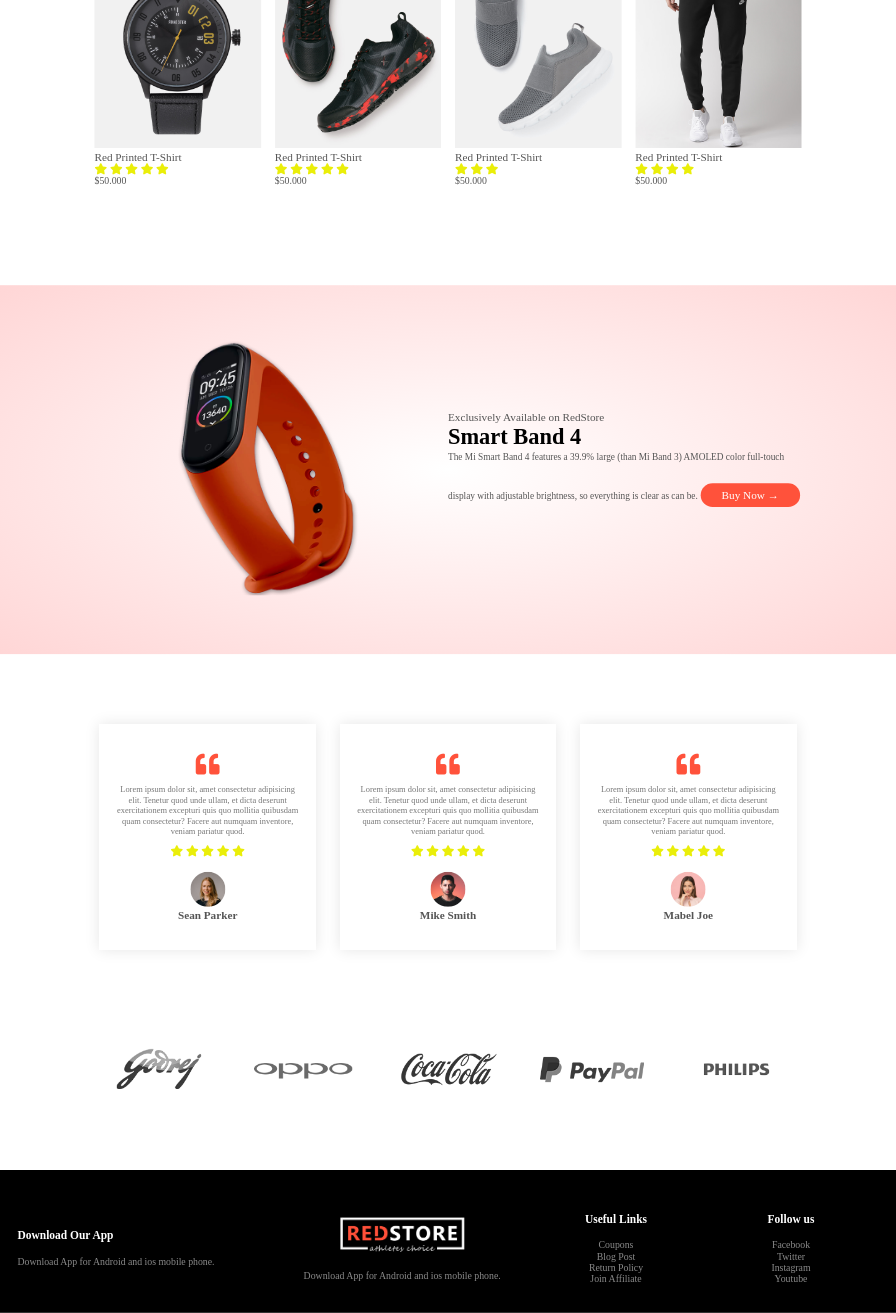
Repository: tuan21052000/Frontend
Page: index.html
These files come from the project's save history. The page is drawn as it stood at one moment and after a run of saves; the edit follows.
The browser window is 1280 px wide. The pictures show the part of the page from y = 2579 to 4499 px (the page is 4454 px tall before and 4499 px after), at 70% of full size.

Above is the page before, as saved 2022-05-09 21:44:00.

### index.html
<!DOCTYPE html>
<html lang="en">
<head>
    <meta charset="UTF-8">
    <meta http-equiv="X-UA-Compatible" content="IE=edge">
    <meta name="viewport" content="width=device-width, initial-scale=1.0">
    <title>RedStore | Ecommerce Website Design</title>
    <link rel="stylesheet" href="style.css">
    <link href="https://fonts.googleapis.com/css2?family=Poppins:wght@300;400;500;600;700&display=swap" rel="stylesheet">
    <link rel="stylesheet" href="https://use.fontawesome.com/releases/v5.15.4/css/all.css" />
</head>
<body>
    <div class="header">


    <div class="container">
        <div class="navbar">
            <div class="logo">
                <img src="images/logo.png" width="125px">
            </div>
            <nav>
                <ul>
                    <li><a href="">Home</a></li>
                    <li><a href="">Products</a></li>
                    <li><a href="">About</a></li>
                    <li><a href="">Contact</a></li>
                    <li><a href="">Account</a></li>
                </ul>
            </nav>
            <img src="images/cart.png" width="30px" height="30px">
        </div>
        <div class="row">
            <div class="col-2">
                <h1>Give Your Workout <br>A New Style!</h1>
                <p>Success isn't always about greatness.It's about
                consistency. Consistent<br> hard work gains success. Greatness
                will come.
                </p>
                <a href="" class="btn">Explore Now &#8594;</a>
            </div>
            <div class="col-2">
              <img src="images/image1.png">
            </div>
        </div>
    </div>
</div>
<!-- -----Loại sản phẩm------- -->
   <div class="categories">
       <div class="small-container">
        <div class="row">
            <div class="col-3">
                <img src="images/category-1.jpg">
            </div>
            <div class="col-3">
             <img src="images/category-2.jpg">
         </div>
         <div class="col-3">
             <img src="images/category-3.jpg">
         </div>
        </div>
       </div>
   </div>
<!--    -------aaaa------------ -->
<div class="small-container">
    <h2 class="title">Featured Products</h2>
    <div class="row">
    <div class="col-4">
        <img src="images/product-1.jpg">
        <h4>Red Printed T-Shirt</h4>
        <div class="rating">
            <i class="fa fa-star"></i>
            <i class="fa fa-star"></i>
            <i class="fa fa-star"></i>
            <i class="fa fa-star"></i>
            <i class="fa fa-star"></i>
        </div>
        <p>$50.000</p>
    </div>
    <div class="col-4">
        <img src="images/product-2.jpg">
        <h4>Red Printed T-Shirt</h4>
        <div class="rating">
            <i class="fa fa-star"></i>
            <i class="fa fa-star"></i>
            <i class="fa fa-star"></i>
            <i class="fa fa-star"></i>
            <i class="fa fa-star"></i>
        </div>
        <p>$50.000</p>
    </div>
    <div class="col-4">
        <img src="images/product-3.jpg">
        <h4>Red Printed T-Shirt</h4>
        <div class="rating">
            <i class="fa fa-star"></i>
            <i class="fa fa-star"></i>
            <i class="fa fa-star"></i>
            <i class="fa fa-star-half-o"></i>
            <i class="fa fa-star-o"></i>
        </div>
        <p>$50.000</p>
    </div>
    <div class="col-4">
        <img src="images/product-4.jpg">
        <h4>Red Printed T-Shirt</h4>
        <div class="rating">
            <i class="fa fa-star"></i>
            <i class="fa fa-star"></i>
            <i class="fa fa-star"></i>
            <i class="fa fa-star"></i>
            <i class="fa fa-star-o"></i>
        </div>
        <p>$50.000</p>
    </div>
    </div>
    <h2 class="title">Latest Products</h2>
    <div class="row">
        <div class="col-4">
            <img src="images/product-5.jpg">
            <h4>Red Printed T-Shirt</h4>
            <div class="rating">
                <i class="fa fa-star"></i>
                <i class="fa fa-star"></i>
                <i class="fa fa-star"></i>
                <i class="fa fa-star"></i>
                <i class="fa fa-star"></i>
            </div>
            <p>$50.000</p>
        </div>
        <div class="col-4">
            <img src="images/product-6.jpg">
            <h4>Red Printed T-Shirt</h4>
            <div class="rating">
                <i class="fa fa-star"></i>
                <i class="fa fa-star"></i>
                <i class="fa fa-star"></i>
                <i class="fa fa-star"></i>
                <i class="fa fa-star"></i>
            </div>
            <p>$50.000</p>
        </div>
        <div class="col-4">
            <img src="images/product-7.jpg">
            <h4>Red Printed T-Shirt</h4>
            <div class="rating">
                <i class="fa fa-star"></i>
                <i class="fa fa-star"></i>
                <i class="fa fa-star"></i>
                <i class="fa fa-star-half-o"></i>
                <i class="fa fa-star-o"></i>
            </div>
            <p>$50.000</p>
        </div>
        <div class="col-4">
            <img src="images/product-8.jpg">
            <h4>Red Printed T-Shirt</h4>
            <div class="rating">
                <i class="fa fa-star"></i>
                <i class="fa fa-star"></i>
                <i class="fa fa-star"></i>
                <i class="fa fa-star"></i>
                <i class="fa fa-star-o"></i>
            </div>
            <p>$50.000</p>
        </div>
        </div>
        <div class="row">
            <div class="col-4">
                <img src="images/product-9.jpg">
                <h4>Red Printed T-Shirt</h4>
                <div class="rating">
                    <i class="fa fa-star"></i>
                    <i class="fa fa-star"></i>
                    <i class="fa fa-star"></i>
                    <i class="fa fa-star"></i>
                    <i class="fa fa-star"></i>
                </div>
                <p>$50.000</p>
            </div>
            <div class="col-4">
                <img src="images/product-10.jpg">
                <h4>Red Printed T-Shirt</h4>
                <div class="rating">
                    <i class="fa fa-star"></i>
                    <i class="fa fa-star"></i>
                    <i class="fa fa-star"></i>
                    <i class="fa fa-star"></i>
                    <i class="fa fa-star"></i>
                </div>
                <p>$50.000</p>
            </div>
            <div class="col-4">
                <img src="images/product-11.jpg">
                <h4>Red Printed T-Shirt</h4>
                <div class="rating">
                    <i class="fa fa-star"></i>
                    <i class="fa fa-star"></i>
                    <i class="fa fa-star"></i>
                    <i class="fa fa-star-half-o"></i>
                    <i class="fa fa-star-o"></i>
                </div>
                <p>$50.000</p>
            </div>
            <div class="col-4">
                <img src="images/product-12.jpg">
                <h4>Red Printed T-Shirt</h4>
                <div class="rating">
                    <i class="fa fa-star"></i>
                    <i class="fa fa-star"></i>
                    <i class="fa fa-star"></i>
                    <i class="fa fa-star"></i>
                    <i class="fa fa-star-o"></i>
                </div>
                <p>$50.000</p>
            </div>
        </div>
</div>
<!-- ----------offer------------- -->
<div class="offer">
    <div class="small-container">
        <div class="row">
            <div class="col-2">
                <img src="images/exclusive.png" class="offer-img">
            </div>
            <div class="col-2">
               <p>Exclusively Available on RedStore</p>
               <h1>Smart Band 4</h1>
               <small>The Mi Smart Band 4 features a 39.9% large
                   (than Mi Band 3) AMOLED color full-touch display with
                   adjustable brightness, so everything is clear as can
                   be.</small>
               <a href="" class="btn">Buy Now &#8594;</a>
            </div>
        </div>
    </div>
</div>
<!-- -----testi---- -->
       <div class="testimonial">
           <div class="small-container">
               <div class="row">
                   <div class="col-3">
                       <i class="fa fa-quote-left"></i>
                       <p>Lorem ipsum dolor sit, amet consectetur adipisicing elit.
                            Tenetur quod unde ullam, et dicta deserunt exercitationem
                            excepturi quis quo mollitia quibusdam quam consectetur? Facere aut numquam inventore, veniam pariatur quod.</p>
                            <div class="rating">
                                <i class="fa fa-star"></i>
                                <i class="fa fa-star"></i>
                                <i class="fa fa-star"></i>
                                <i class="fa fa-star"></i>
                                <i class="fa fa-star"></i>
                            </div>
                            <img src="images/user-1.png">
                            <h3>Sean Parker</h3>
                   </div>
                   <div class="col-3">
                    <i class="fa fa-quote-left"></i>
                    <p>Lorem ipsum dolor sit, amet consectetur adipisicing elit.
                         Tenetur quod unde ullam, et dicta deserunt exercitationem
                         excepturi quis quo mollitia quibusdam quam consectetur? Facere aut numquam inventore, veniam pariatur quod.</p>
                         <div class="rating">
                             <i class="fa fa-star"></i>
                             <i class="fa fa-star"></i>
                             <i class="fa fa-star"></i>
                             <i class="fa fa-star"></i>
                             <i class="fa fa-star"></i>
                         </div>
                         <img src="images/user-2.png">
                         <h3>Mike Smith</h3>
                </div>
                <div class="col-3">
                    <i class="fa fa-quote-left"></i>
                    <p>Lorem ipsum dolor sit, amet consectetur adipisicing elit.
                         Tenetur quod unde ullam, et dicta deserunt exercitationem
                         excepturi quis quo mollitia quibusdam quam consectetur? Facere aut numquam inventore, veniam pariatur quod.</p>
                         <div class="rating">
                             <i class="fa fa-star"></i>
                             <i class="fa fa-star"></i>
                             <i class="fa fa-star"></i>
                             <i class="fa fa-star"></i>
                             <i class="fa fa-star"></i>
                         </div>
                         <img src="images/user-3.png">
                         <h3>Mabel Joe</h3>
                </div>
               </div>
           </div>
       </div>
<!-- ---------------brands-------------- -->
    <div class="brands">
        <div class="small-container">
            <div class="row">
                <div class="col-5">
                    <img src="images/logo-godrej.png">
                </div>
                <div class="col-5">
                    <img src="images/logo-oppo.png">
                </div>
                <div class="col-5">
                    <img src="images/logo-coca-cola.png">
                </div>
                <div class="col-5">
                    <img src="images/logo-paypal.png">
                </div>
                <div class="col-5">
                    <img src="images/logo-philips.png">
                </div>
            </div>
        </div>
    </div>
<!--------------footer------------------ -->
<div class="footer">
    <div class="container">
        <div class="row">
            <div class="footer-col-1">
                <h3>Download Our App</h3>
                <p>Download App for Android and ios mobile phone.</p>
            </div>
            <div class="footer-col-2">
               <img src="images/logo-white.png">
                <p>Download App for Android and ios mobile phone.</p>
            </div>
            <div class="footer-col-3">
                <h3>Useful Links</h3>
                <ul>
                    <li>Coupons</li>
                    <li>Blog Post</li>
                    <li>Return Policy</li>
                    <li>Join Affiliate</li>
                </ul>
            </div>
            <div class="footer-col-4">
                <h3>Follow us</h3>
                <ul>
                    <li>Facebook</li>
                    <li>Twitter</li>
                    <li>Instagram</li>
                    <li>Youtube</li>
                </ul>
            </div>
        </div>
    </div>
</div>
</body>
</html>

### style.css
* {
    margin: 0;
    padding: 0;
    box-sizing: border-box;
}
.navbar{
   display: flex;
   align-items: center;
   padding: 20px;
}
nav {
    flex: 1;
    text-align: right;
}
nav ul {
    display: inline-block;
    list-style-type: none;
}
nav ul li{
    display: inline-block;
    margin-right: 20px;
}
a {
    text-decoration: none;
    color: #555;
}
p {
    color:#555;
}
.container {
    max-width: 1300px;
    margin: auto;
    padding-left: 25px;
    padding-right:25px;
}
.row {
    display: flex;
    align-items: center;
    flex-wrap: wrap;
    justify-content: space-around;
}
.col-2 {
    flex-basis: 50%;
    min-width: 300px;
}
.col-2 img {
    max-width: 100%;
    padding: 50px 0;
}
.btn {
    display: inline-block;
    background: #ff523b;
    color: #fff;
    padding: 8px 30px;
    margin: 30px 0;
    border-radius: 30px;
    transition: background 0.5s;
}
.btn:hover {
    background: #563434;
}
.header {
    background: radial-gradient(#fff,#ffd6ff);
}
.header .row{
   margin-top: 70px;
}
.categories {
    margin: 70px 0;
}
.col-3{
    flex-basis: 30%;
    min-width: 250px;
    margin-bottom: 30px;
}
.col-3 img{
    width: 100%;
}
.small-container{
    max-width: 1080px;
    margin: auto;
    padding-left: 25px;
    padding-right: 25px;

}
.col-4{
    flex-basis: 25%;
    padding: 10px;
    min-width: 200px;
    margin-bottom: 50px;
    transform: transforn 0.5s;
}
.col-4 img{
    width: 100%;
}
.title{
    text-align: center;
    margin: 0 auto 80px;
    position: relative;
    line-height: 60px;
    color:#555;
}
.title::after{
    content: '';
    background: #ff523b;
    width: 80px;
    height: 5px;
    border-radius: 5px;
    position: absolute;
    bottom: 0;
    left: 50%;
    transform: translateX(-50%);
}
h4{
    color:#555;
    font-weight: normal;
}
.col-4 p{
    font-size: 14px;
}
.rating .fa{
    color: #eaee09;
}
.col-4:hover{
    transform: translateY(-5px); /* tạo hiệu ứng */
}
.offer {
    background: radial-gradient(#fff,#ffd6d6);
    margin-top: 80px;
    padding: 30px 0;
}
.col-2 .offer-img{
    padding: 50px;
}
small{
    color:#555;
}
/* -------------testimonial----------- */
.testimonial{
    padding-top: 100px;
}
.testimonial .col-3 {
    text-align: center;
    padding: 40px 20px;
    box-shadow: 0 0 20px 0px rgba(0,0,0,0.1);
    cursor: pointer;
    transition: transform 0.5s;
}
.testimonial .col-3 img{
    width: 50px;
    margin-top: 20px;
    border-radius: 50%;
}
.testimonial .col-3:hover {
    transform: translateY(-10px);

}
.fa.fa-quote-left{
    font-size: 34px;
    color:#ff523b;
}
.col-3 p{
    font-size: 12px;
    margin: 12px 0;
    color:#777;
}
.testimonial .col-3 h3{
   font-weight: 600;
   color: #555;
   font-size: 16px;
}
/* --------------brands---------------- */
.brands{
    margin: 100px auto;
}
.col-5{
    width: 160px;
}
.col-5 img{
    width:100%;
    cursor: pointer;
    filter: grayscale(100%);
}
.col-5 img:hover{
    filter:grayscale(0);
}
/* ------------footer------------- */
.footer{
    background: #000;
    color: #8a8a8a;
    font-size: 14px;
    padding: 60px 0 20px;
}
.footer p{
  color: #8a8a8a;
}
.footer h3{
    color: #fff;
    margin-bottom: 20px;
}
.footer-col-1, .footer-col-2, .footer-col-3, .footer-col-4{
    min-width: 250px;
    margin-bottom: 20px;
}
.footer-col-1{
    flex-basis: 30%;
}
.footer-col-2{
    flex:1;
    text-align: center;
}
.footer-col-2 img{
   width: 180px;
   margin-bottom: 20px;
}
.footer-col-3, .footer-col-4{
   flex-basis: 12%;
   text-align: center;
}
ul{
    list-style-type: none;
}

After the next 2 saves:
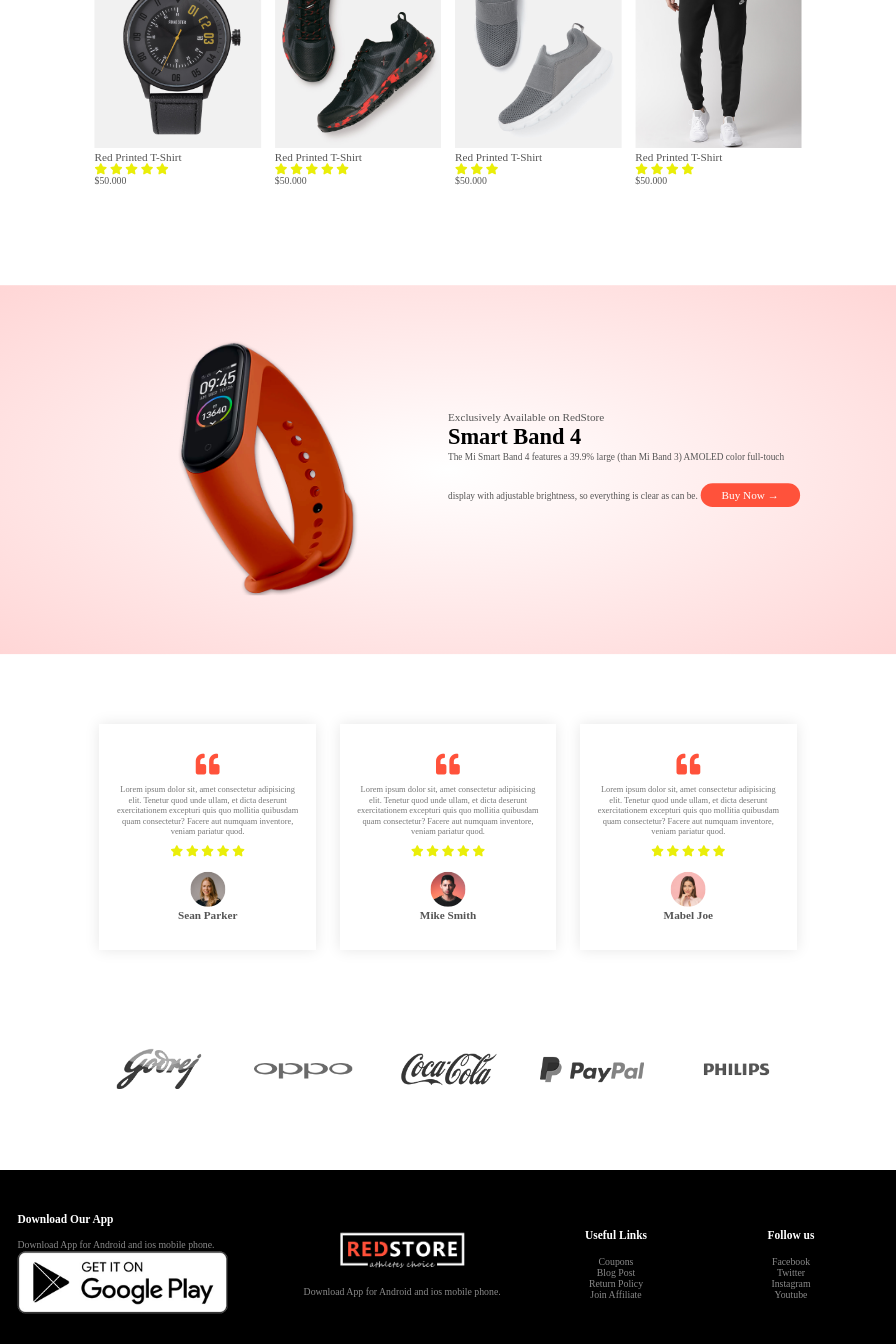
The 2 saves are shown as one change because they came seconds apart.
The last was saved 16 min 8 s later.
--- a/index.html
+++ b/index.html
@@ -315,6 +315,9 @@
             <div class="footer-col-1">
                 <h3>Download Our App</h3>
                 <p>Download App for Android and ios mobile phone.</p>
+                 <div class="app-logo">
+                     <img src="images/play-store.png">
+                 </div>
             </div>
             <div class="footer-col-2">
                <img src="images/logo-white.png">
